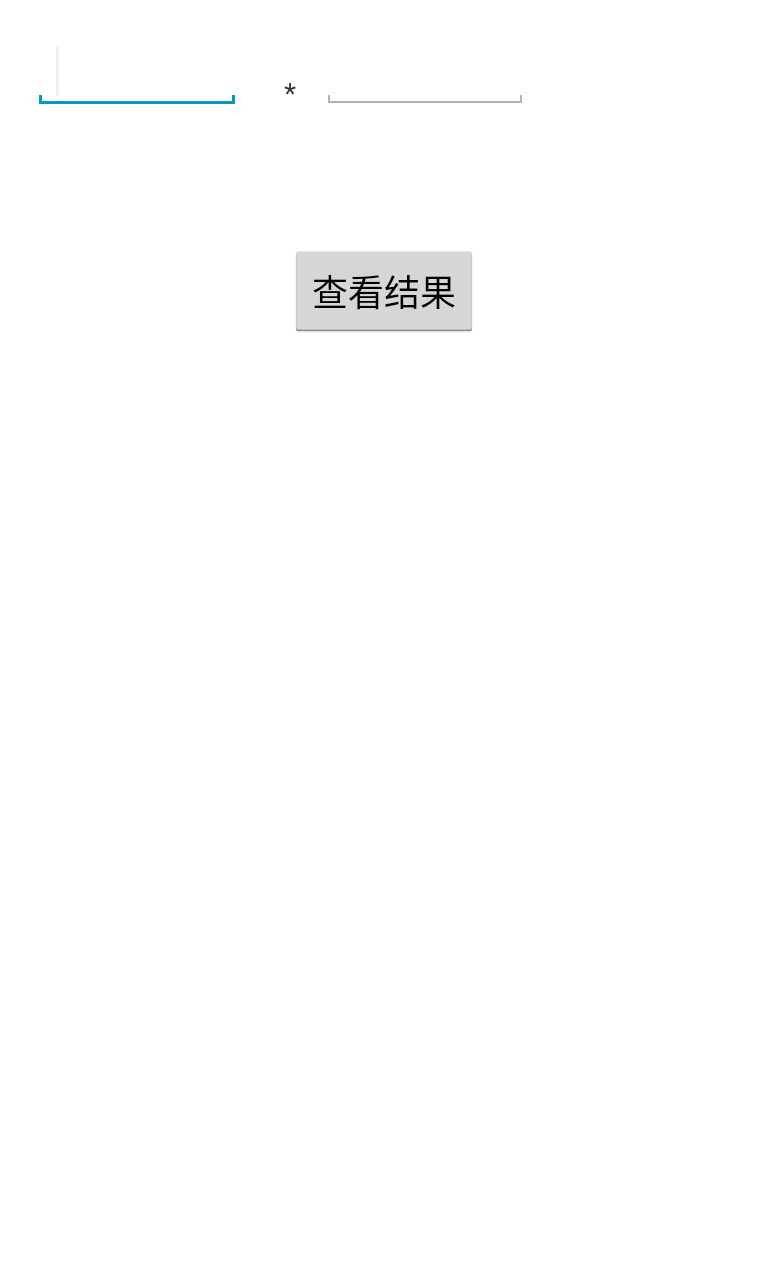
Repository: 729517723/AndroidProject
Layout: Activity_03_contrl/res/layout/activity_main.xml
These files come from the project's save history. The layout is drawn as it stood at one moment and after a run of saves; the edit follows.
It is drawn on a 768 x 1280 px phone screen (xhdpi) without system bars, with theme AppTheme; the app's code is not run.

Above is the layout before, as saved 2016-08-15 16:50:49.

### Activity_03_contrl/res/layout/activity_main.xml
<RelativeLayout xmlns:android="http://schemas.android.com/apk/res/android"
    xmlns:tools="http://schemas.android.com/tools"
    android:layout_width="match_parent"
    android:layout_height="match_parent"
    android:paddingBottom="@dimen/activity_vertical_margin"
    android:paddingLeft="@dimen/activity_horizontal_margin"
    android:paddingRight="@dimen/activity_horizontal_margin"
    android:paddingTop="@dimen/activity_vertical_margin"
    tools:context="com.example.activity_03_contrl.MainActivity" >


    <EditText
        android:id="@+id/first"
        android:layout_width="wrap_content"
        android:layout_height="wrap_content"
        android:ems="5" >
        <requestFocus />
    </EditText>

    <EditText
        android:id="@+id/second"
        android:layout_width="wrap_content"
        android:layout_height="wrap_content"
        android:layout_alignBaseline="@+id/first"
        android:layout_alignBottom="@+id/first"
        android:layout_marginLeft="39dp"
        android:layout_toRightOf="@+id/first"
        android:ems="5" />

    <TextView
        android:id="@+id/textView1"
        android:layout_width="wrap_content"
        android:layout_height="wrap_content"
        android:layout_above="@+id/button1"
        android:layout_marginLeft="21dp"
        android:layout_toRightOf="@+id/first"
        android:text="*" />

    <Button
        android:id="@+id/button1"
        android:layout_width="wrap_content"
        android:layout_height="wrap_content"
        android:layout_below="@+id/first"
        android:layout_centerHorizontal="true"
        android:layout_marginTop="66dp"
        android:onClick="OnClick"
        android:text="查看结果" />

</RelativeLayout>

Loaded but not shown: Activity_03_contrl/res/values/styles.xml (common file); Activity_03_contrl/res/values-v11/styles.xml (common file); Activity_03_contrl/res/values-v14/styles.xml (common file); Activity_03_contrl/res/values/dimens.xml (common file); Activity_03_contrl/res/values-w820dp/dimens.xml (common file)

After the next 2 saves:
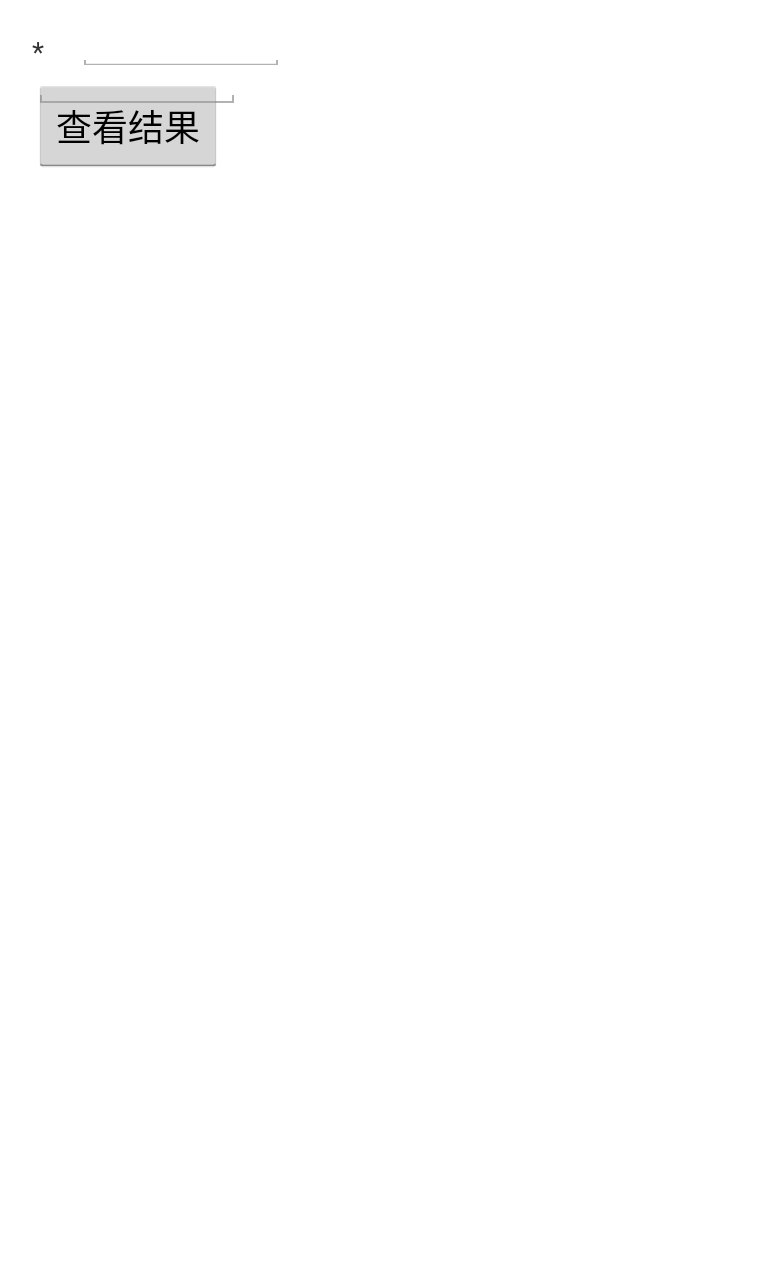
The 2 saves are shown as one change because 1 did not build or start.
The last was saved 4 min 20 s later.
--- a/Activity_03_contrl/res/layout/activity_main.xml
+++ b/Activity_03_contrl/res/layout/activity_main.xml
@@ -8,41 +8,38 @@
     android:paddingTop="@dimen/activity_vertical_margin"
     tools:context="com.example.activity_03_contrl.MainActivity" >
 
-
     <EditText
         android:id="@+id/first"
         android:layout_width="wrap_content"
         android:layout_height="wrap_content"
-        android:ems="5" >
-        <requestFocus />
-    </EditText>
+        android:ems="5" />
+
+
+
+    <TextView
+        android:id="@+id/textView1"
+        android:layout_width="wrap_content"
+        android:layout_height="wrap_content"
+        android:layout_alignBottom="@+id/editText1"
+        android:layout_toRightOf="@+id/editText1"
+        android:text="*" />
 
     <EditText
         android:id="@+id/second"
         android:layout_width="wrap_content"
         android:layout_height="wrap_content"
-        android:layout_alignBaseline="@+id/first"
-        android:layout_alignBottom="@+id/first"
-        android:layout_marginLeft="39dp"
-        android:layout_toRightOf="@+id/first"
+        android:layout_alignBottom="@+id/textView1"
+        android:layout_marginLeft="16dp"
+        android:layout_toRightOf="@+id/textView1"
         android:ems="5" />
-
-    <TextView
-        android:id="@+id/textView1"
-        android:layout_width="wrap_content"
-        android:layout_height="wrap_content"
-        android:layout_above="@+id/button1"
-        android:layout_marginLeft="21dp"
-        android:layout_toRightOf="@+id/first"
-        android:text="*" />
 
     <Button
         android:id="@+id/button1"
         android:layout_width="wrap_content"
         android:layout_height="wrap_content"
-        android:layout_below="@+id/first"
-        android:layout_centerHorizontal="true"
-        android:layout_marginTop="66dp"
+        android:layout_alignLeft="@+id/editText1"
+        android:layout_below="@+id/editText1"
+        android:layout_marginTop="23dp"
         android:onClick="OnClick"
         android:text="查看结果" />
 
